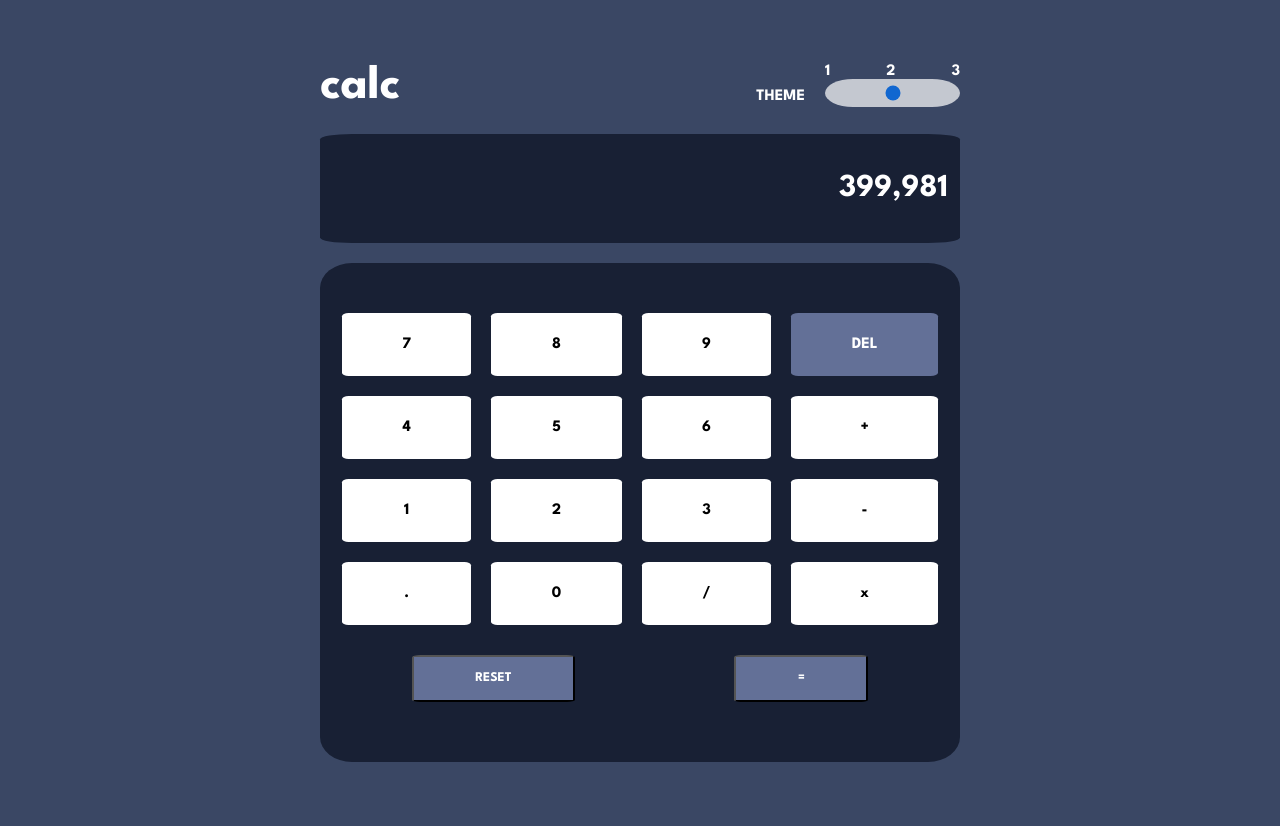
Repository: DevLaukey/calc-with-css-js
Page: index.html
These files come from the project's save history. The page is drawn as it stood at one moment and after the next save; the edit follows.
The browser window is 1280 px wide. The pictures show the whole page.

Above is the page before, as saved 2022-05-18 14:49:10.

After the next save:
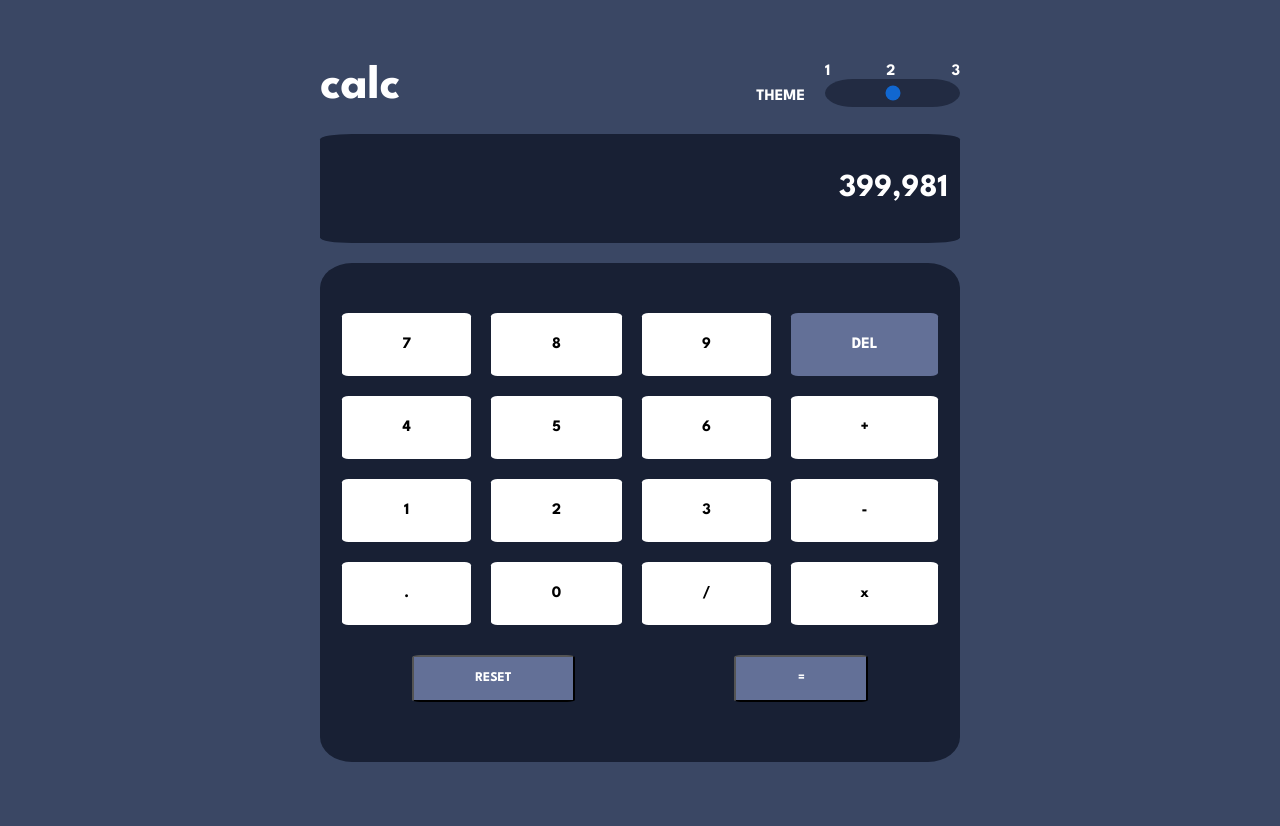
Saved 8 s later.
--- a/styles.css
+++ b/styles.css
@@ -54,7 +54,7 @@ body {
   /* height: 30px; */
   /* width: 100%; */
   padding: 6px 3px;
-  background: (224, 36%, 15%);
+  background: hsl(224, 36%, 15%);
 border-radius: 50px/25px;
   /* padding-top: 0.5em; */
   /* outline: none; */
